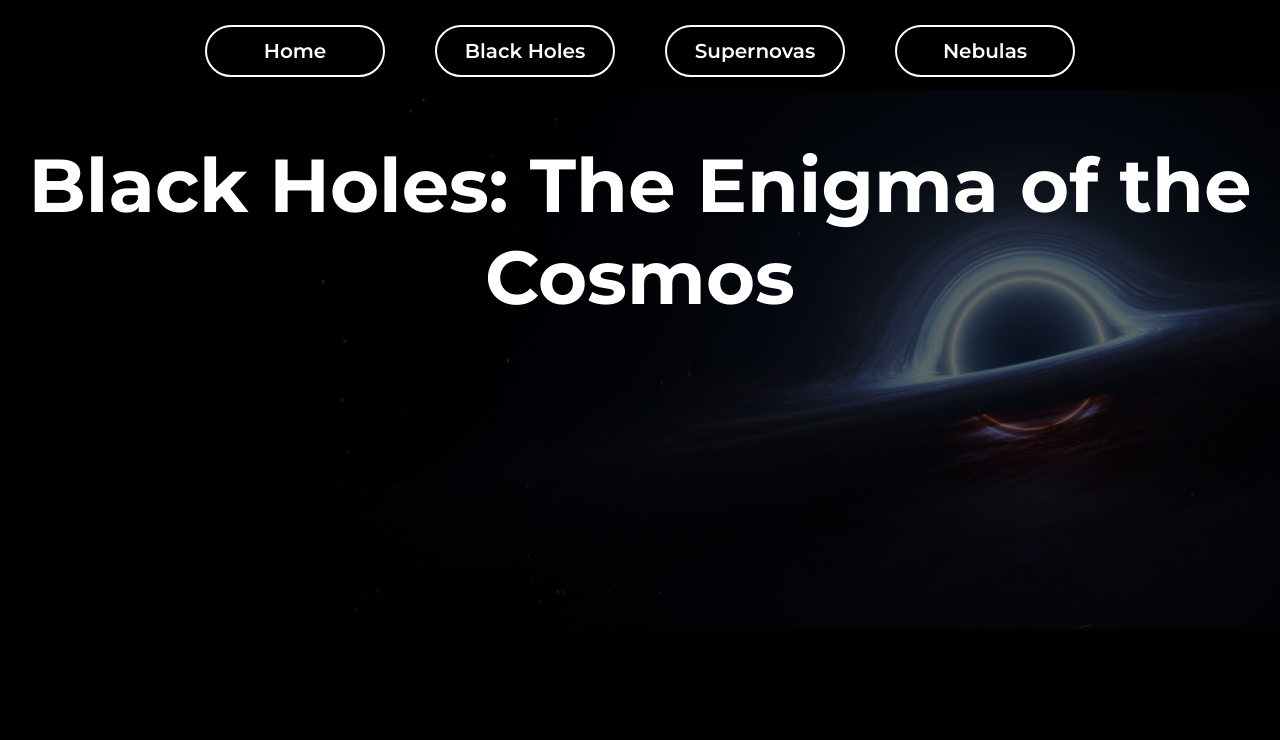
Repository: english-only/Space-Website
Page: black_hole.html
The author's editor kept a copy of each file at every save. The page is drawn from the files as they stood at one save, then again after the next save.
The browser window is 1280 px wide. The pictures show the whole page.
Backgrounds fixed to the window are drawn as part of the page.

Above is the page before, as saved 2024-12-16 00:06:35.

After the next save:
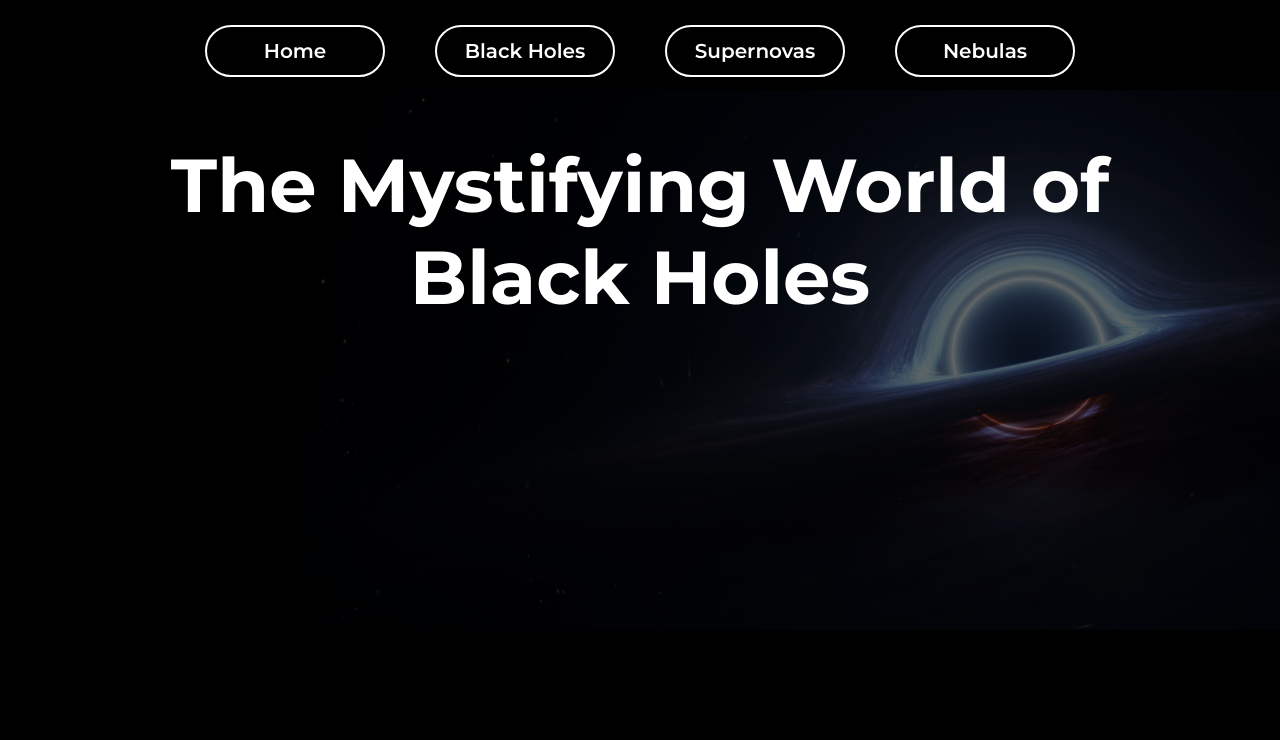
Saved 7 s later.
--- a/black_hole.html
+++ b/black_hole.html
@@ -25,7 +25,7 @@
         >
       </nav>
       <div class="hero-text fade-in">
-        <h2>Black Holes: The Enigma of the Cosmos</h2>
+        <h2>The Mystifying World of<br />Black Holes</h2>
       </div>
   </body>
 </html>
